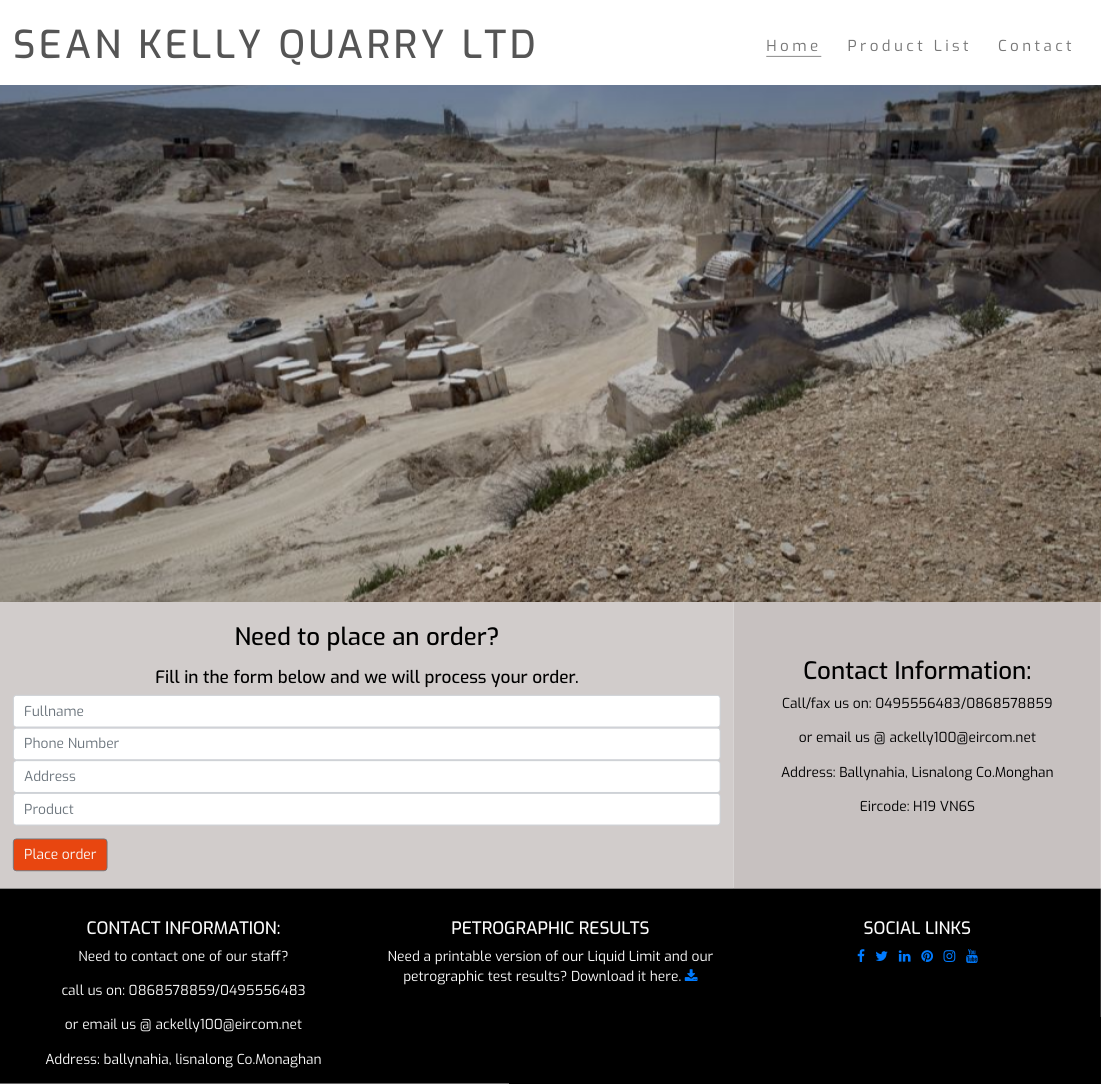
Repository: Code-Institute-Submissions/Sean-Kelly-Quarry
Page: contact.html
The author's editor kept a record of every edit. The page is drawn from the files as they stood at one moment, then again after the next edit.
The browser window is 1280 px wide. The pictures show the whole page, at 86% of full size.

Above is the page before.

After the next edit:
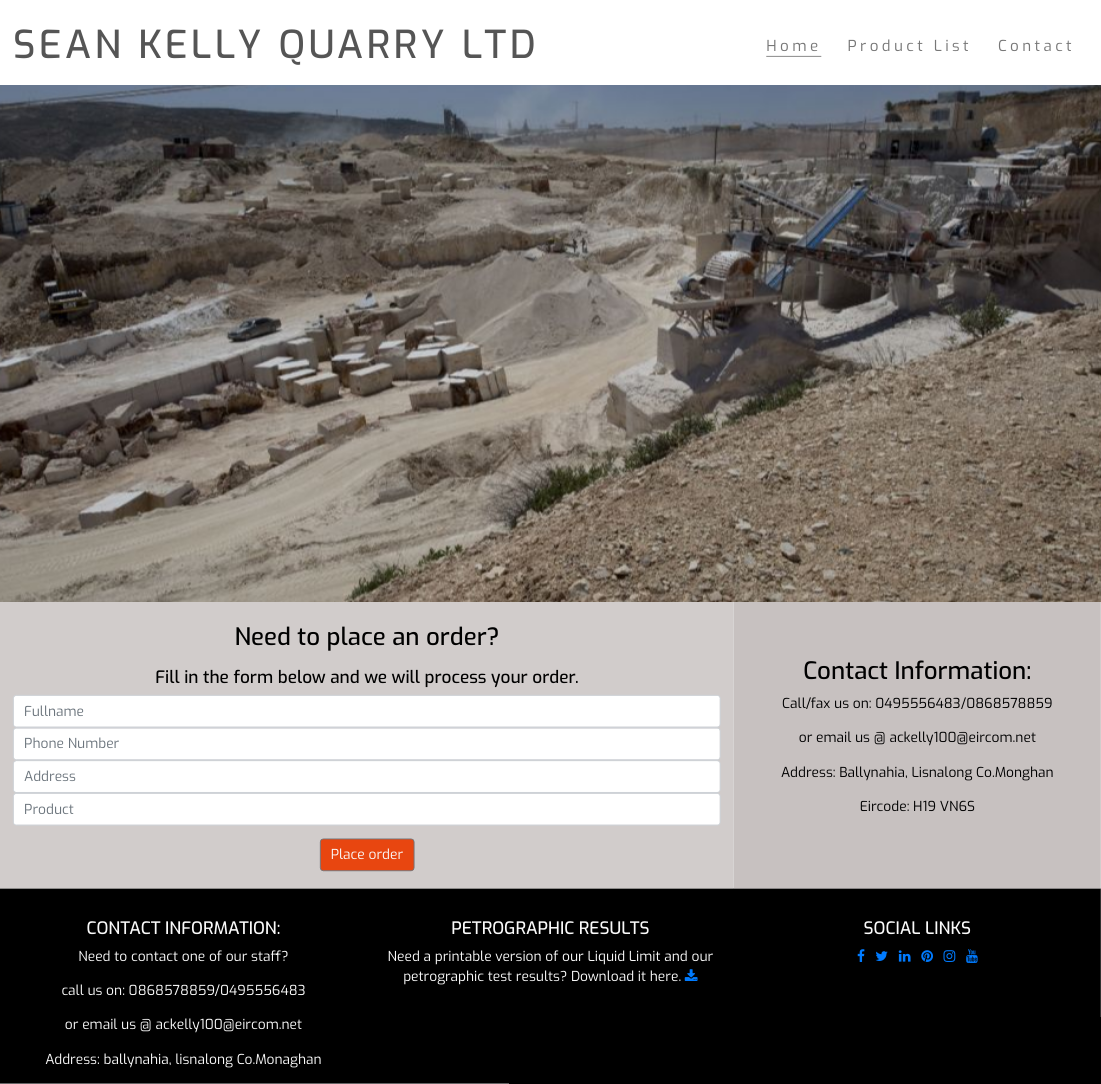
The edit:
--- a/contact.html
+++ b/contact.html
@@ -44,8 +44,8 @@
                    <input type="text" name="number" id="phonenumber" class="form-control" placeholder="Phone Number" required/>
                    <input type="text" name="address" id="address" class="form-control" placeholder="Address" required/>
                    <input type="text" name="product" id="product" class="form-control" placeholder="Product" required/>
-                   <div>
-                       <div >
+                   <div class="form-row text-center">
+                       <div class="col">
                            <button type="submit" class="btn btn-secondary">Place order</button>
                        </div>
                    </div>
